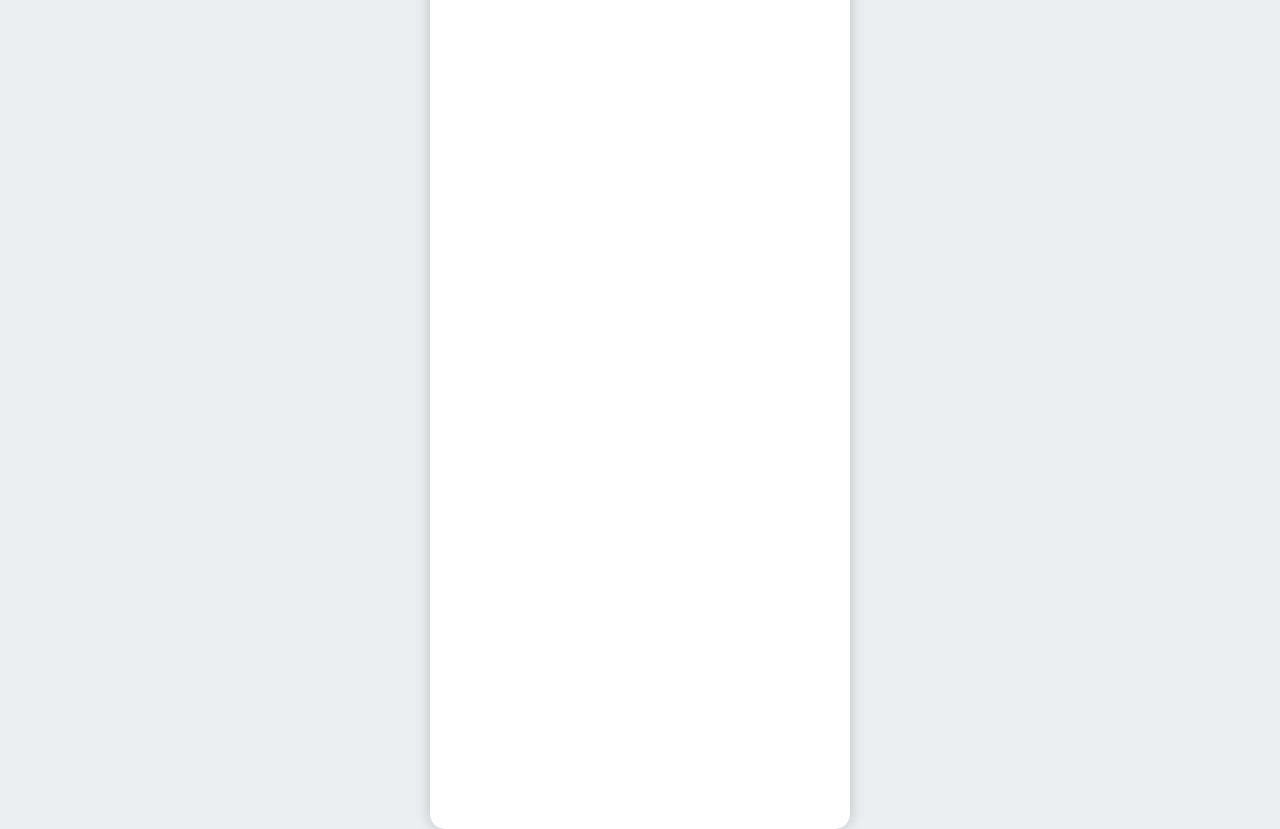
Repository: nt269782-web/Offline-ChatBot
Page: front.html
These files come from the project's save history. The page is drawn as it stood at one moment and after a run of saves; the edit follows.
The browser window is 1280 px wide. The pictures show the whole page.

Above is the page before, as saved 2026-07-07 15:07:07.

After the next 2 saves:
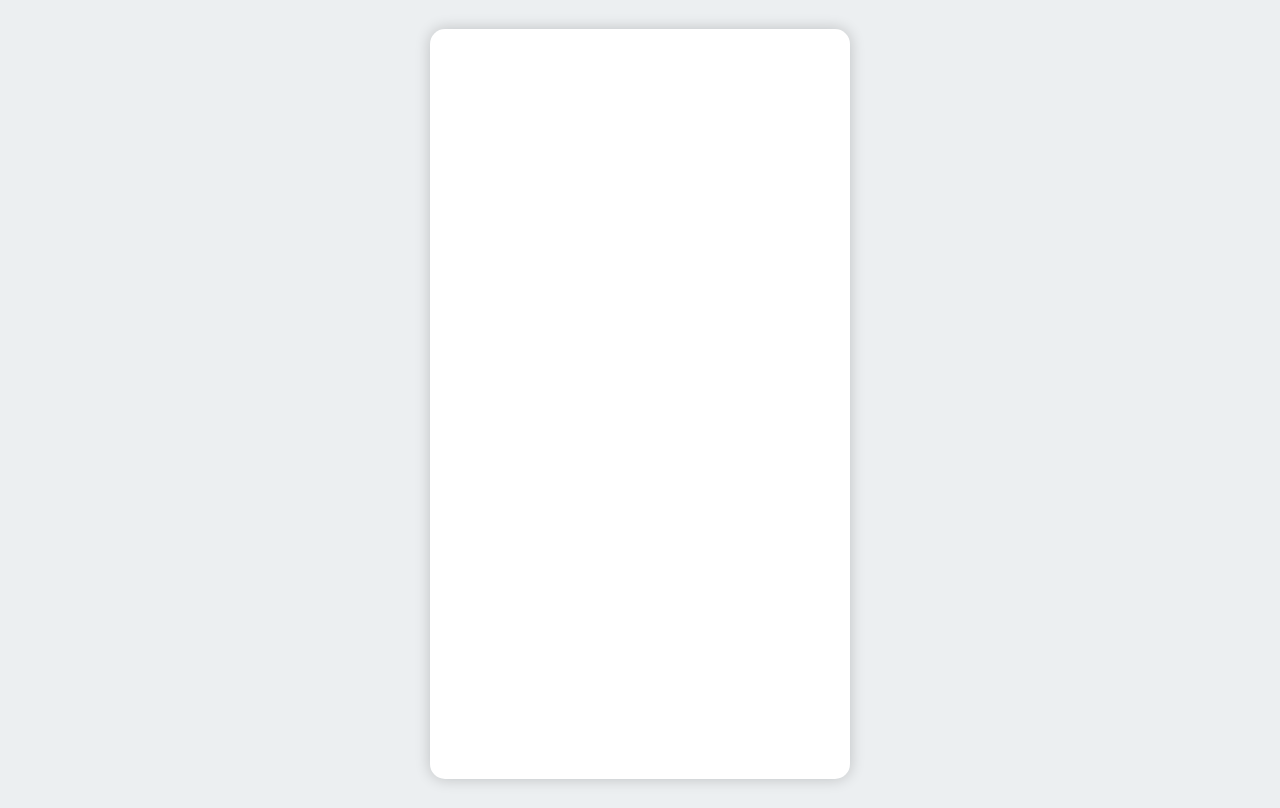
The 2 saves are shown as one change because they came seconds apart.
The last was saved 11 s later.
--- a/front.html
+++ b/front.html
@@ -14,7 +14,7 @@
         }
         .chat-container {
             width: 420px;
-            height: 850px;
+            height: 750px;
             overflow: hidden;
             background:#fff;
             border-radius:15px;
